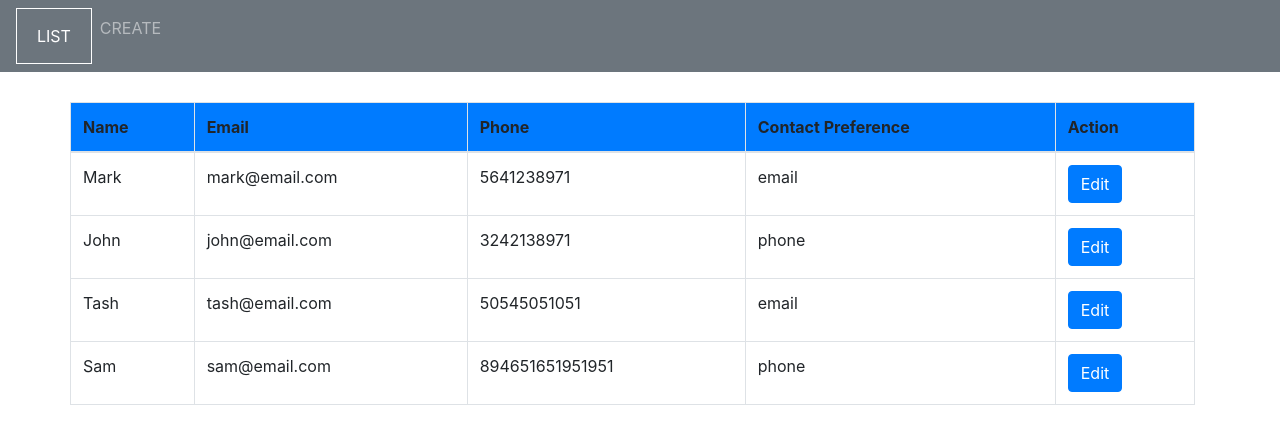
Repository: hanumanthnbalu/NG_FORMS
Page: /
The author's editor kept a copy of each file at every save. The page is drawn from the files as they stood at one save, then again after the next save.
The browser window is 1280 px wide. The pictures show the whole page.
Some web libraries are served in a nearby version. The project was rebuilt for these pictures with package versions that can differ from the ones it lists, and the page was loaded fresh each time. Requests to the local data server were answered from the project's data file. Also part of the build but not shown: angular.json, src/app/not-found/not-found.component.ts, src/app/forms/create-employee/create-employeecomponent.ts.

Above is the page before, as saved 2019-09-25 22:14:13.

### src/index.html
<!doctype html>
<html lang="en">

<head>
  <meta charset="utf-8">
  <title>HNBALU</title>
  <base href="/">
  <link rel="stylesheet" href="https://maxcdn.bootstrapcdn.com/bootstrap/4.0.0/css/bootstrap.min.css"
    integrity="sha384-Gn5384xqQ1aoWXA+058RXPxPg6fy4IWvTNh0E263XmFcJlSAwiGgFAW/dAiS6JXm" crossorigin="anonymous">

  <meta name="viewport" content="width=device-width, initial-scale=1">
  <link rel="icon" type="image/x-icon" href="favicon.ico">
</head>

<body>
  <app-root></app-root>
  <script src="https://code.jquery.com/jquery-3.2.1.slim.min.js"
    integrity="sha384-KJ3o2DKtIkvYIK3UENzmM7KCkRr/rE9/Qpg6aAZGJwFDMVNA/GpGFF93hXpG5KkN"
    crossorigin="anonymous"></script>
  <script src="https://cdnjs.cloudflare.com/ajax/libs/popper.js/1.12.9/umd/popper.min.js"
    integrity="sha384-ApNbgh9B+Y1QKtv3Rn7W3mgPxhU9K/ScQsAP7hUibX39j7fakFPskvXusvfa0b4Q"
    crossorigin="anonymous"></script>
  <script src="https://maxcdn.bootstrapcdn.com/bootstrap/4.0.0/js/bootstrap.min.js"
    integrity="sha384-JZR6Spejh4U02d8jOt6vLEHfe/JQGiRRSQQxSfFWpi1MquVdAyjUar5+76PVCmYl"
    crossorigin="anonymous"></script>
</body>

</html>

### src/styles.scss
/* You can add global styles to this file, and also import other style files */
input.ng-valid {
	border-left: 5px solid #42a948;
}
.form-control:focus {
	outline: none;
	border-color: none;
	box-shadow: none;
}
.btn-primary.disabled,
.btn-primary:disabled {
	cursor: not-allowed;
}
.collapse:not(.show) {
	display: block !important;
}
input[type='radio'] {
	margin-right: 5px;
}
label {
	margin-bottom: .5rem;
	display: flex !important;
	flex-direction: row;
	align-items: center;
}
.primary:disabled {
	cursor: not-allowed;
}

### src/app/app.module.ts
import { BrowserModule } from '@angular/platform-browser';
import { NgModule, Component } from '@angular/core';
import { HttpClientModule } from '@angular/common/http';
import { AppRoutingModule } from './app-routing.module';


import { AppComponent } from './app.component';
import { NotFoundComponent } from './not-found/not-found.component';
import { HeaderComponent } from './header/header.component';
import { FormsModule, ReactiveFormsModule } from '@angular/forms';
import { ListEmployeeComponent } from './forms/list-employee/list-employee.component';
import { EmployeeService } from './forms/employee.service';
import { CreateEmployeeComponent } from './forms/create-employee/create-employeecomponent';

@NgModule({
	declarations: [
		AppComponent,
		HeaderComponent,
    NotFoundComponent,
    ListEmployeeComponent,
    CreateEmployeeComponent
	],
  imports: [ BrowserModule,
             FormsModule,
             HttpClientModule,
             AppRoutingModule,
             ReactiveFormsModule ],
	providers: [ EmployeeService ],
	bootstrap: [ AppComponent ]
})
export class AppModule {}

### src/app/app-routing.module.ts
import { RouterModule } from '@angular/router';
import { NgModule } from '@angular/core';

import { NotFoundComponent } from './not-found/not-found.component';
import { ListEmployeeComponent } from './forms/list-employee/list-employee.component';
import { CreateEmployeeComponent } from './forms/create-employee/create-employeecomponent';

const route = [
  { path: '', redirectTo: '/list-employees', pathMatch: 'full' },
  { path: 'list-employees', component: ListEmployeeComponent },
  { path: 'create-employees', component: CreateEmployeeComponent },
  { path: 'edit/:id', component: CreateEmployeeComponent },
	{ path: '**', component: NotFoundComponent }
];

@NgModule({
	imports: [ RouterModule.forRoot(route) ],
	exports: [ RouterModule ]
})
export class AppRoutingModule {}

### src/app/app.component.ts
import { Component ,OnInit} from '@angular/core';
@Component({
  selector: 'app-root',
  templateUrl: './app.component.html',
  styleUrls: ['./app.component.css']
})
export class AppComponent implements OnInit {
  title = 'app';
  constructor() {}
  ngOnInit() {
  }
}

### src/app/forms/list-employee/list-employee.component.ts
import { Component, OnInit } from '@angular/core';
import { EmployeeService } from '../employee.service';
import { IEmployee } from '../IEmployee';
import { Router } from '@angular/router';

@Component({
  selector: 'app-list-employee',
  templateUrl: './list-employee.component.html',
  styleUrls: ['./list-employee.component.scss']
})
export class ListEmployeeComponent implements OnInit {
  employees: IEmployee[];
  constructor(private employeeService: EmployeeService, private router: Router) { }

  ngOnInit() {
    this.employeeService.getEmployees().subscribe(
      (listEmployees) => this.employees = listEmployees,
      (err) => console.log(err)
    )
  }
  editButtonClick(employeeId: number) {
    this.router.navigate(['/edit', employeeId]);
  }

}

### src/app/forms/employee.service.ts
import { Injectable } from '@angular/core';
import { IEmployee } from './IEmployee';
import { HttpClient, HttpErrorResponse, HttpHeaders } from '@angular/common/http';

import { Observable, throwError } from 'rxjs';
import { catchError } from 'rxjs/operators';

@Injectable()
export class EmployeeService {
    baseUrl = 'http://localhost:3000/employees';
    constructor(private httpClient: HttpClient) {
    }

    getEmployees(): Observable<IEmployee[]> {
        return this.httpClient.get<IEmployee[]>(this.baseUrl)
            .pipe(catchError(this.handleError));
    }

    private handleError(errorResponse: HttpErrorResponse) {
        if (errorResponse.error instanceof ErrorEvent) {
            console.error('Client Side Error :', errorResponse.error.message);
        } else {
            console.error('Server Side Error :', errorResponse);
        }
        return throwError('There is a problem with the service. We are notified & working on it. Please try again later.');
    }

    getEmployee(id: number): Observable<IEmployee> {
        return this.httpClient.get<IEmployee>(`${this.baseUrl}/${id}`)
            .pipe(catchError(this.handleError));
    }

    addEmployee(employee: IEmployee): Observable<IEmployee> {
        return this.httpClient.post<IEmployee>(this.baseUrl, employee, {
            headers: new HttpHeaders({
                'Content-Type': 'application/json'
            })
        })
        .pipe(catchError(this.handleError));
    }

    updateEmployee(employee: IEmployee): Observable<void> {
        return this.httpClient.put<void>(`${this.baseUrl}/${employee.id}`, employee, {
            headers: new HttpHeaders({
                'Content-Type': 'application/json'
            })
        })
            .pipe(catchError(this.handleError));
    }

    deleteEmployee(id: number): Observable<void> {
        return this.httpClient.delete<void>(`${this.baseUrl}/${id}`)
            .pipe(catchError(this.handleError));
    }
}

### src/app/app.component.html
<app-header></app-header>
<div class="container" style="padding-left: 0px">
  <div class="row">
    <div class="col-md-12 col-xs-12 top-30">
      <router-outlet></router-outlet>
    </div>
  </div>
</div>

### src/app/app.component.css
.top-30 {
	margin-top: 30px;
}

### src/app/header/header.component.html
<nav class="navbar navbar-expand-lg navbar-dark bg-secondary">
  <div class="collapse navbar-collapse" id="navbarSupportedContent">
    <ul class="navbar-nav mr-auto list-unstyled">
      <li class="nav-item">
        <a class="nav-link" routerLinkActive="active" routerLink="list-employees">LIST</a>
      </li><br>
      <li class="nav-item">
        <a class="nav-link" routerLinkActive="active" routerLink="create-employees">CREATE</a>
      </li>
    </ul>
  </div>
</nav>

### src/app/header/header.component.scss
a.nav-link.active {
	// width: 100px;
	text-align: center;
	border: 1px solid white;
	padding: 15px 20px;
}

### src/app/forms/list-employee/list-employee.component.html
<div class="table-responsive">
  <table class="table table-bordered" *ngIf="employees && employees.length">
    <thead>
      <tr class="bg-primary">
        <th>Name</th>
        <th>Email</th>
        <th>Phone</th>
        <th>Contact Preference</th>
        <th>Action</th>
      </tr>
    </thead>
    <tbody>
      <tr *ngFor="let employee of employees">
        <td>{{ employee.fullName }}</td>
        <td>{{ employee.email }}</td>
        <td>{{ employee.phone }}</td>
        <td>{{ employee.contactPreference }}</td>
        <td> <button class="btn btn-primary" (click)="editButtonClick(employee.id)">Edit</button> </td>
      </tr>
    </tbody>
  </table>
</div>

### db.json
{
	"employees": [
		{
			"id": 1,
			"fullName": "Mark",
			"contactPreference": "email",
			"email": "mark@email.com",
			"phone": "5641238971",
			"skills": [
				{
					"skillName": "C#",
					"experienceInYears": 1,
					"proficiency": "beginner"
				},
				{
					"skillName": "Java",
					"experienceInYears": 2,
					"proficiency": "intermediate"
				}
			]
		},
		{
			"id": 2,
			"fullName": "John",
			"contactPreference": "phone",
			"email": "john@email.com",
			"phone": "3242138971",
			"skills": [
				{
					"skillName": "Angular",
					"experienceInYears": 2,
					"proficiency": "beginner"
				},
				{
					"skillName": "HTML",
					"experienceInYears": 2,
					"proficiency": "intermediate"
				},
				{
					"skillName": "LINQ",
					"experienceInYears": 3,
					"proficiency": "advanced"
				}
			]
		},
		{
			"id": 3,
			"fullName": "Tash",
			"contactPreference": "email",
			"email": "tash@email.com",
			"phone": "50545051051",
			"skills": [
				{
					"skillName": "C#",
					"experienceInYears": 1,
					"proficiency": "beginner"
				},
				{
					"skillName": "Java",
					"experienceInYears": 2,
					"proficiency": "intermediate"
				}
			]
		},
		{
			"id": 4,
			"fullName": "Sam",
			"contactPreference": "phone",
			"email": "sam@email.com",
			"phone": "894651651951951",
			"skills": [
				{
					"skillName": "Angular",
					"experienceInYears": 2,
					"proficiency": "beginner"
				},
				{
					"skillName": "HTML",
					"experienceInYears": 2,
					"proficiency": "intermediate"
				},
				{
					"skillName": "LINQ",
					"experienceInYears": 3,
					"proficiency": "advanced"
				},
				{
					"skillName": "Angular",
					"experienceInYears": 2,
					"proficiency": "beginner"
				},
				{
					"skillName": "HTML",
					"experienceInYears": 2,
					"proficiency": "intermediate"
				},
				{
					"skillName": "LINQ",
					"experienceInYears": 3,
					"proficiency": "advanced"
				}
			]
		}
	]
}

Loaded but not shown: src/main.ts (common file); src/environments/environment.ts (common file); src/app/header/header.component.ts (common file); src/app/forms/list-employee/list-employee.component.scss (no stored copy; drawn as an empty file)

After the next save:
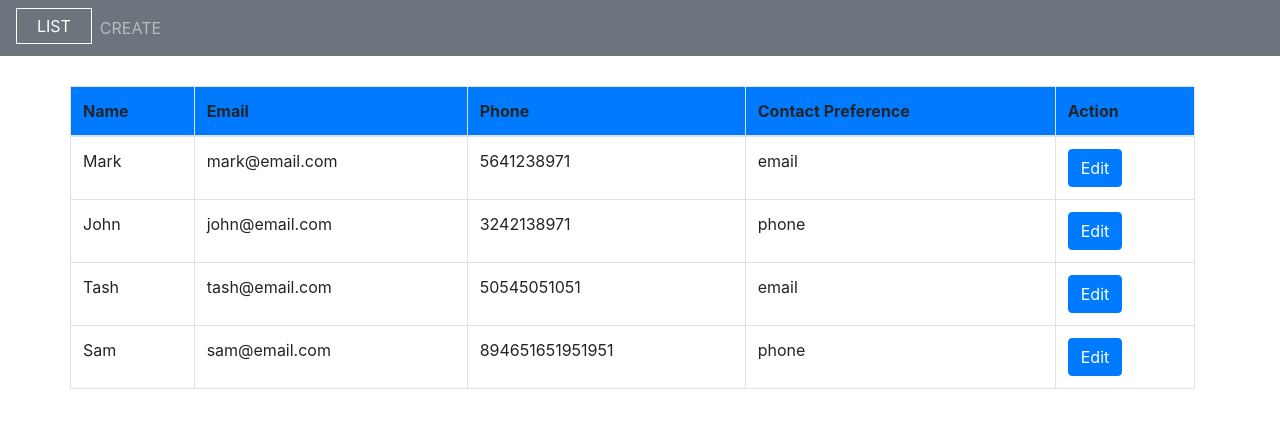
Saved 16 s later.
--- a/src/app/header/header.component.scss
+++ b/src/app/header/header.component.scss
@@ -2,5 +2,5 @@ a.nav-link.active {
 	// width: 100px;
 	text-align: center;
 	border: 1px solid white;
-	padding: 15px 20px;
+	padding: 5px 20px;
 }
